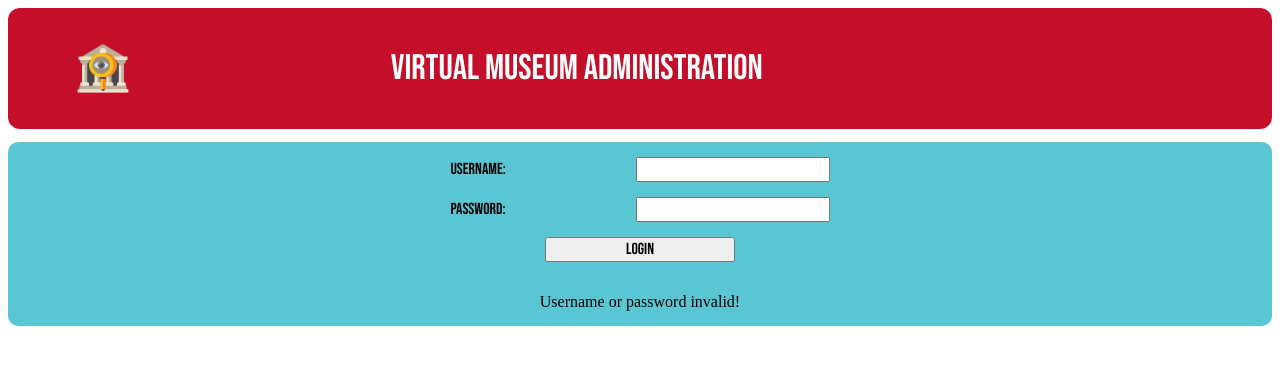
Repository: njegos-dukic/Virtual-Museum
Page: http://localhost/VirtualMuseumAdmin/jsp/Login.jsp
The author's editor kept a copy of each file at every save. The page is drawn from the files as they stood at one save, then again after the next save.
The browser window is 1280 px wide. The pictures show the whole page.
The page is served by Tomcat 9. Other server files are loaded and not shown.

Above is the page before, as saved 2022-01-06 15:21:38.

### VirtualMuseumAdmin/WebContent/jsp/Login.jsp
<%@ page language="java" contentType="text/html; charset=ISO-8859-1" pageEncoding="ISO-8859-1"%>

<!DOCTYPE html>
<html lang="en">
	<head>
    	<meta charset="UTF-8">
    	<meta http-equiv="X-UA-Compatible" content="IE=edge">
    	<meta name="viewport" content="width=device-width, initial-scale=1.0">
    	<title>Virtual Museum Admin</title>
    	<link href="../css/Header.css" rel="stylesheet" type="text/css">
    	<link href="../css/AddEdit.css" rel="stylesheet" type="text/css">
    	<link rel="icon" href="../images/logo.png">
    	<link rel="preconnect" href="https://fonts.googleapis.com">
    	<link rel="preconnect" href="https://fonts.gstatic.com" crossorigin>
    	<link href="https://fonts.googleapis.com/css2?family=Bebas+Neue&display=swap" rel="stylesheet">
	</head>

	<body>
		<div class="header-container">
            <div class="header-logo-container">
			    <img class="header-logo" src="../images/logo.png" />
            </div>

			<div class="header-title">
                VIRTUAL MUSEUM ADMINISTRATION
            </div>

			<%--
			<div class="header-login-container">
                <div class="header-login-label">
                    Login &nbsp; &nbsp;
                </div>
                <img class="header-login-image" src="../images/login.png" />
            </div>
            --%>
		</div>

		<div class="museum-edit-container">
	        <form action="Museums.jsp" method="post" class="museum-edit-form">
	            <div class="museum-edit-single-input">
	                <label class="museum-edit-input-label" for="username">Username: </label>
	                <input class="museum-edit-input-field" name="username" type="text">
	            </div>
	            <div class="museum-edit-single-input">
	                <label class="museum-edit-input-label" for="password">Password: </label>
	                <input class="museum-edit-input-field" name="password" type="text" required>
	            </div>
	            <div class="museum-edit-single-input margin-botton-4perc">
	                <input class="museum-edit-input-field" type="submit" value="Login">
	            </div>
	            <% if ("1".equals(request.getHeader("login-invalid")))  %>
	            	<div class="museum-edit-single-input margin-botton-4perc">Username or password invalid!</div>
	        </form>




	    </div>
	</body>
</html>

### VirtualMuseumAdmin/WebContent/css/Header.css
.header-container {
    display: flex;
	flex-direction: row;
	height: calc(35px + 12vh);
    min-height: 75px;
	width: 100%;
	background-color: #c50e29;
    border-radius: 12px;
}

.header-logo-container {
    display: flex;
    align-items: center;
    justify-content: center;
    width: 15%;
}

.header-logo {
	height: calc(30px + 2vw);
}

.header-title {
    display: flex;
    align-items: center;
    justify-content: center;
    width: 60%;
	color: #ffffff;
    white-space: nowrap;
    font-size: calc(10px + 2vw);
    font-family: 'Bebas Neue', cursive;
}

.header-login-container {
    display: flex;
    flex-direction: column;
    align-items: center;
    justify-content: center;
    width: 25%;
}

.header-login-image {
	height: calc(25px + 1.5vw);
}

.header-login-label {
    color: #ffffff;
    white-space: nowrap;
    font-size: min(calc(8px + 2vw), 25px);
    font-family: 'Bebas Neue', cursive;
}

.tooltip {
  position: relative;
  display: flex;
}

.tooltip .tooltiptext {
  visibility: hidden;
  width: 120px;
  background-color: darkgray;
  color: #fff;
  text-align: center;
  border-radius: 6px;
  padding: 5px 0;

  /* Position the tooltip */
  position: absolute;
  z-index: 1;
}

.tooltip:hover .tooltiptext {
  visibility: visible;
}

### VirtualMuseumAdmin/WebContent/css/AddEdit.css
.museum-edit-container {
    height: 100%;
    display: flex;
    align-items: center;
    justify-content: center;
    margin-top: 1%;
    border-radius: 10px;
    background-color: #5ac6d4;
}

.museum-edit-form {
    width: 30%;
    display: flex;
    flex-direction: column;
}

.museum-edit-single-input {
    margin-top: 4%;
    display: flex;
    width: 100%;
    align-items: center;
    justify-content: center;
}

.museum-edit-input-label {
    width: 50%;
    font-size: min(calc(8px + 1.2vw), 16px);
    font-family: 'Bebas Neue', cursive;
}

.museum-edit-input-field {
    width: 50%;
    font-size: min(calc(8px + 1.2vw), 16px);
    font-family: 'Bebas Neue', cursive;
}

.margin-botton-4perc {
    margin-bottom: 4%;
}

After the next save:
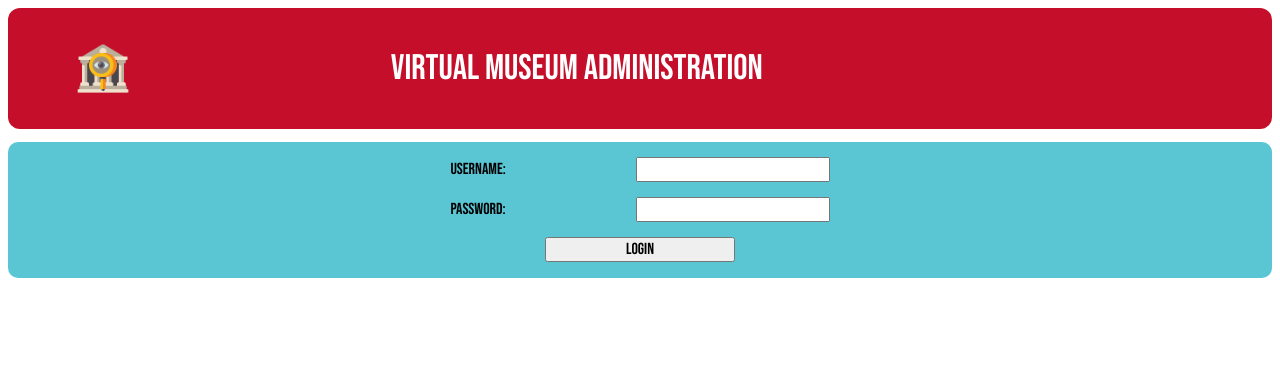
Saved 63 s later.
--- a/VirtualMuseumAdmin/WebContent/jsp/Login.jsp
+++ b/VirtualMuseumAdmin/WebContent/jsp/Login.jsp
@@ -48,8 +48,9 @@
 	            <div class="museum-edit-single-input margin-botton-4perc">
 	                <input class="museum-edit-input-field" type="submit" value="Login">
 	            </div>
-	            <% if ("1".equals(request.getHeader("login-invalid")))  %>
+	            <% if ("1".equals(request.getHeader("login-invalid"))) { %>
 	            	<div class="museum-edit-single-input margin-botton-4perc">Username or password invalid!</div>
+	            <% } %>
 	        </form>
 
 
